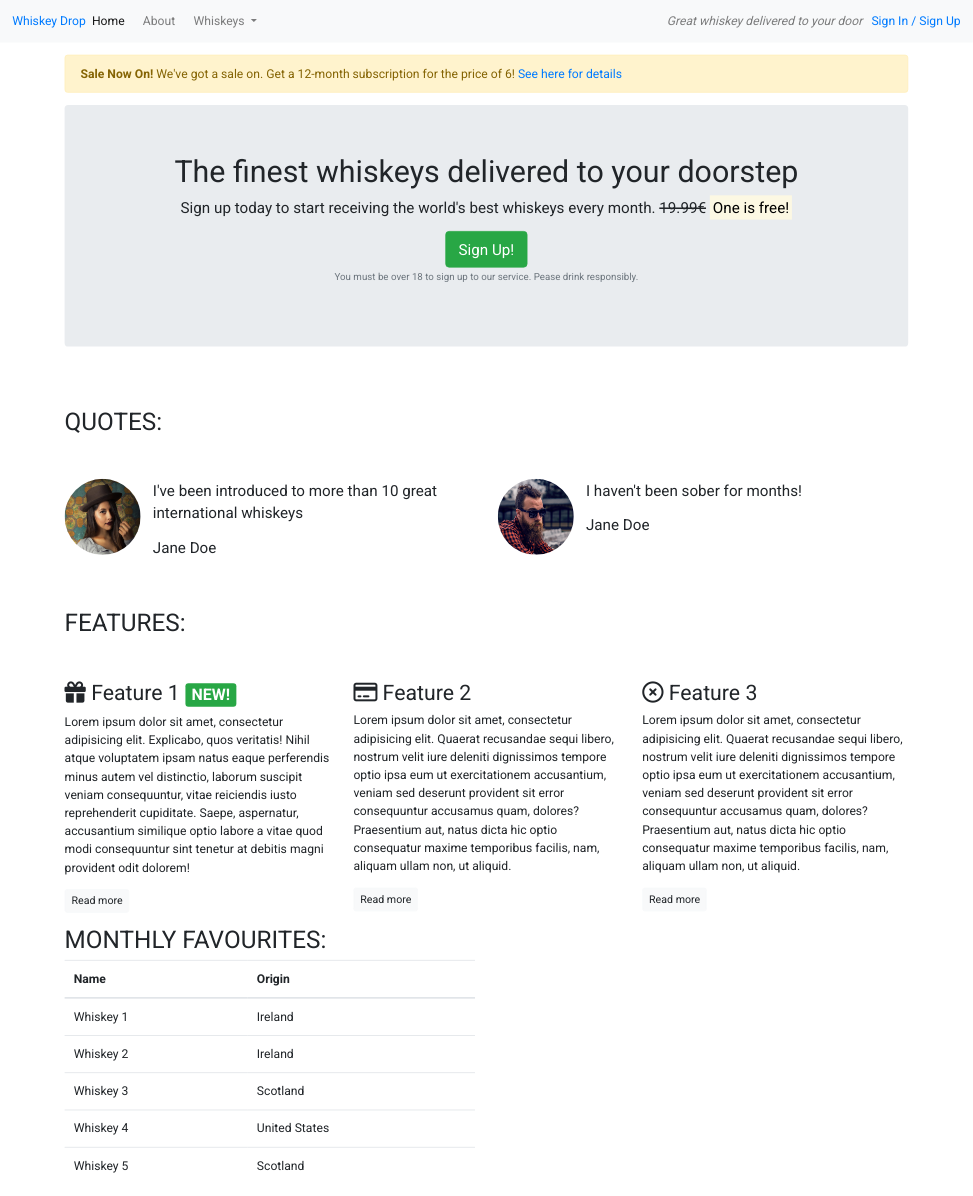
Repository: Sarani1612/whiskey-drop
Page: index.html
The author's editor kept a record of every edit. The page is drawn from the files as they stood at one moment, then again after the next edit.
The browser window is 1280 px wide. The pictures show the whole page, at 76% of full size.
Some web libraries are served in a nearby version.

Above is the page before.
Console error: TypeError: Cannot read properties of undefined (reading 'fn')

### index.html
<!DOCTYPE html>
<html lang="en">

<head>
    <meta charset="UTF-8">
    <meta name="viewport" content="width=device-width, initial-scale=1.0">
    <meta http-equiv="X-UA-Compatible" content="ie=edge">
    <link rel="stylesheet" href="https://stackpath.bootstrapcdn.com/bootstrap/4.3.1/css/bootstrap.min.css" integrity="sha384-ggOyR0iXCbMQv3Xipma34MD+dH/1fQ784/j6cY/iJTQUOhcWr7x9JvoRxT2MZw1T" crossorigin="anonymous">
    <script src="https://stackpath.bootstrapcdn.com/bootstrap/4.3.1/js/bootstrap.min.js" integrity="sha384-JjSmVgyd0p3pXB1rRibZUAYoIIy6OrQ6VrjIEaFf/nJGzIxFDsf4x0xIM+B07jRM" crossorigin="anonymous"></script>
    <script src="https://kit.fontawesome.com/f41741c87d.js"></script>
    <link href="https://fonts.googleapis.com/css?family=Roboto:400,700&display=swap" rel="stylesheet">
    <link rel="stylesheet" href="css/main.css" type="text/css" />
    <title>Whiskey Drop | Taste a new whiskey every month</title>
</head>

<body>
    <nav class="navbar navbar-light bg-light navbar-expand-sm">
        <a href="/" class="navar-brand">Whiskey Drop</a>
        <button class="navbar-toggler ml-auto" type="button" data-toggle="collapse" data-target="#navbarNavDropdown" aria-controls="navbarNavDropdown" aria-expanded="false" aria-label="Toggle navigation">
        <span class="navbar-toggler-icon"></span></button>
        <div class="collapse navbar-collapse" id="navbarNavDropdown">
            <ul class="navbar-nav mr-auto">
                <li class="active nav-item mr-2"><a class="nav-link" href="/">Home</a></li>
                <li class="nav-item mr-2"><a class="nav-link" href="">About</a></li>
                <li class="nav-item dropdown">
                    <a class="nav-link dropdown-toggle" href="#" id="navbarDropdownMenuLink" role="button" data-toggle="dropdown" aria-haspopup="true" aria-expanded="false">
          Whiskeys
        </a>
                    <div class="dropdown-menu" aria-labelledby="navbarDropdownMenuLink">
                        <a class="dropdown-item" href="#">Irish</a>
                        <a class="dropdown-item" href="#">Scotch</a>
                        <a class="dropdown-item" href="#">Japanese</a>
                        <a class="dropdown-item" href="#">American</a>
                    </div>

                </li>
                <li class="nav-item mr-2 d-block d-sm-none"><a class="nav-link" href="">Sign In / Sign Up</a></li>
            </ul>
        </div>
        <div class="d-none d-md-block">
            <p class="navbar-text my-auto mr-2"><i>Great whiskey delivered to your door</i></p>
            <a href="/login">Sign In / Sign Up</a>
        </div>
    </nav>
    <div class="container mt-3">
        <div class="row d-none d-sm-block">
            <div class="col-12">
                <div class="alert alert-warning">
                    <strong>Sale Now On!</strong> We've got a sale on. Get a 12-month subscription for the price of 6!
                    <a href="/">See here for details</a>
                </div>
            </div>
        </div>
        <!-- Callout -->
        <div class="row">
            <div class="col-12">
                <section class="callout jumbotron text-center">
                    <h1>The finest whiskeys delivered to your doorstep</h1>
                    <p class="lead">Sign up today to start receiving the world's best whiskeys every month.
                        <s class="d-none d-sm-inline">19.99€</s>
                        <span class="d-inline d-sm-none"><br></span>
                        <strong><mark>One is free!</mark></strong></p>
                    <button class="btn btn-success btn-lg" data-toggle="modal" data-target="#signUpModal">Sign Up!</button>
                    <p class="text-muted"><small>You must be over 18 to sign up to our service. Pease drink responsibly.</small></p>
                </section>
            </div>
        </div>
        <!-- /.Callout -->
    </div>

    <!-- Quotes -->
    <div class="container quotes-container">
        <section class="quotes">
            <div class="row">
                <div class="col-12 my-5">
                    <h2 class="text-uppercase">Quotes:</h2>
                </div>
            </div>
            <div class="row">
                <div class="col-12 col-md-6">
                    <div class="media">
                        <div class="d-none d-sm-block">
                            <img src="Images/girl-image.png" class="rounded-circle mr-3" height=100 width=100>
                        </div>
                        <div class="media-body">
                            <blockquote class="blockquote">
                                <p>I've been introduced to more than 10 great international whiskeys</p>
                                <p>Jane Doe</p>
                            </blockquote>
                        </div>
                    </div>
                </div>
                <div class="col-12 col-md-6">
                    <div class="media">
                        <div class="d-none d-sm-block">
                            <img src="Images/guy-image.png" class="rounded-circle mr-3" height=100 width=100>
                        </div>
                        <div class="media-body">
                            <blockquote class="blockquote">
                                <p>I haven't been sober for months!</p>
                                <p>Jane Doe</p>
                            </blockquote>
                        </div>
                    </div>
                </div>
            </div>
        </section>
        <!-- /.quotes -->
    </div>

    <!-- Features -->
    <div class="container features-container">
        <section class="features">
            <div class="row">
                <div class="col-12 my-5">
                    <h2 class="text-uppercase">Features:</h2>
                </div>
            </div>
            <div class="row">
                <div class="col-12 col-md-6 col-lg-4">
                    <div class="feature">
                        <h3><i class="fas fa-gift d-none d-sm-inline"></i> Feature 1 <span class="badge badge-success">NEW!</span></h3>
                        <p>Lorem ipsum dolor sit amet, consectetur adipisicing elit. Explicabo, quos veritatis! Nihil atque voluptatem ipsam natus eaque perferendis minus autem vel distinctio, laborum suscipit veniam consequuntur, vitae reiciendis iusto
                            reprehenderit cupiditate. Saepe, aspernatur, accusantium similique optio labore a vitae quod modi consequuntur sint tenetur at debitis magni provident odit dolorem!</p>
                        <p><a class="btn btn-sm btn-light" href="">Read more</a></p>
                    </div>
                </div>
                <div class="col-12 col-md-6 col-lg-4">
                    <div class="feature">
                        <h3><i class="far fa-credit-card d-none d-sm-inline"></i> Feature 2</h3>
                        <p>Lorem ipsum dolor sit amet, consectetur adipisicing elit. Quaerat recusandae sequi libero, nostrum velit iure deleniti dignissimos tempore optio ipsa eum ut exercitationem accusantium, veniam sed deserunt provident sit error consequuntur
                            accusamus quam, dolores? Praesentium aut, natus dicta hic optio consequatur maxime temporibus facilis, nam, aliquam ullam non, ut aliquid.</p>
                        <p><a class="btn btn-sm btn-light" href="">Read more</a></p>
                    </div>
                </div>
                <div class="col-12 d-md-none d-lg-block col-lg-4">
                    <div class="feature">
                        <h3><i class="far fa-times-circle d-none d-sm-inline"></i> Feature 3</h3>
                        <p>Lorem ipsum dolor sit amet, consectetur adipisicing elit. Quaerat recusandae sequi libero, nostrum velit iure deleniti dignissimos tempore optio ipsa eum ut exercitationem accusantium, veniam sed deserunt provident sit error consequuntur
                            accusamus quam, dolores? Praesentium aut, natus dicta hic optio consequatur maxime temporibus facilis, nam, aliquam ullam non, ut aliquid.</p>
                        <p><a class="btn btn-sm btn-light" href="">Read more</a></p>
                    </div>
                </div>
            </div>
        </section>
        <!-- /.Features -->
    </div>

    <!-- Monthly Favourites -->
    <div class="container monthly-container">
        <section>
            <div class="row">
                <div class="col-12">
                    <h2 class="text-uppercase">Monthly Favourites:</h2>
                </div>
            </div>
            <div class="row">
                <div class="col-6">
                    <table class="table">
                        <thead>
                            <tr>
                                <th scope="col">Name</th>
                                <th scope="col">Origin</th>
                            </tr>
                        </thead>
                        <tbody>
                            <tr>
                                <td>Whiskey 1</td>
                                <td>Ireland</td>
                            </tr>
                            <tr>
                                <td>Whiskey 2</td>
                                <td>Ireland</td>
                            </tr>
                            <tr>
                                <td>Whiskey 3</td>
                                <td>Scotland</td>
                            </tr>
                            <tr>
                                <td>Whiskey 4</td>
                                <td>United States</td>
                            </tr>
                            <tr>
                                <td>Whiskey 5</td>
                                <td>Scotland</td>
                            </tr>
                        </tbody>
                    </table>
                </div>
            </div>
        </section>
        <!-- /.Monthly favourites -->
    </div>
    </article>

    <div class="modal" tabindex="-1" role="dialog" id="signUpModal">
        <div class="modal-dialog" role="document">
            <div class="modal-content">
                <div class="modal-header">
                    <h5 class="modal-title">Sign up to Whiskey Drop!</h5>
                    <button type="button" class="close" data-dismiss="modal" aria-label="Close">
          <span aria-hidden="true">&times;</span>
        </button>
                </div>
                <div class="modal-body">
                    <form>
                        <div class="form-group">
                            <label for="exampleInputEmail1">Email address</label>
                            <input type="email" class="form-control" id="exampleInputEmail1" aria-describedby="emailHelp" placeholder="Enter email">
                            <small id="emailHelp" class="form-text text-muted">We'll never share your email with anyone else.</small>
                        </div>
                        <div class="form-group">
                            <label for="password">Password</label>
                            <input type="password" class="form-control" id="password" placeholder="Password">
                        </div>
                        <div class="form-group">
                            <label for="repeatPassword">Repeat password</label>
                            <input type="password" class="form-control" id="repeatPassword" placeholder="Repeat password">
                        </div>
                        <button type="submit" class="btn btn-success">Submit</button>
                    </form>
                </div>
            </div>
        </div>
    </div>

    <script src="https://code.jquery.com/jquery-3.3.1.slim.min.js" integrity="sha384-q8i/X+965DzO0rT7abK41JStQIAqVgRVzpbzo5smXKp4YfRvH+8abtTE1Pi6jizo" crossorigin="anonymous"></script>
    <script src="https://cdnjs.cloudflare.com/ajax/libs/popper.js/1.14.7/umd/popper.min.js" integrity="sha384-UO2eT0CpHqdSJQ6hJty5KVphtPhzWj9WO1clHTMGa3JDZwrnQq4sF86dIHNDz0W1" crossorigin="anonymous"></script>
    <script src="https://stackpath.bootstrapcdn.com/bootstrap/4.3.1/js/bootstrap.min.js" integrity="sha384-JjSmVgyd0p3pXB1rRibZUAYoIIy6OrQ6VrjIEaFf/nJGzIxFDsf4x0xIM+B07jRM" crossorigin="anonymous"></script>
</body>

</html>

### css/main.css
body {
    font-family: 'Roboto', sans-serif;
}

.alert-container {

}

.callout-container {
    height: 100vh;
}

.quotes-container {

}

.features-container {

}

After the next edit:
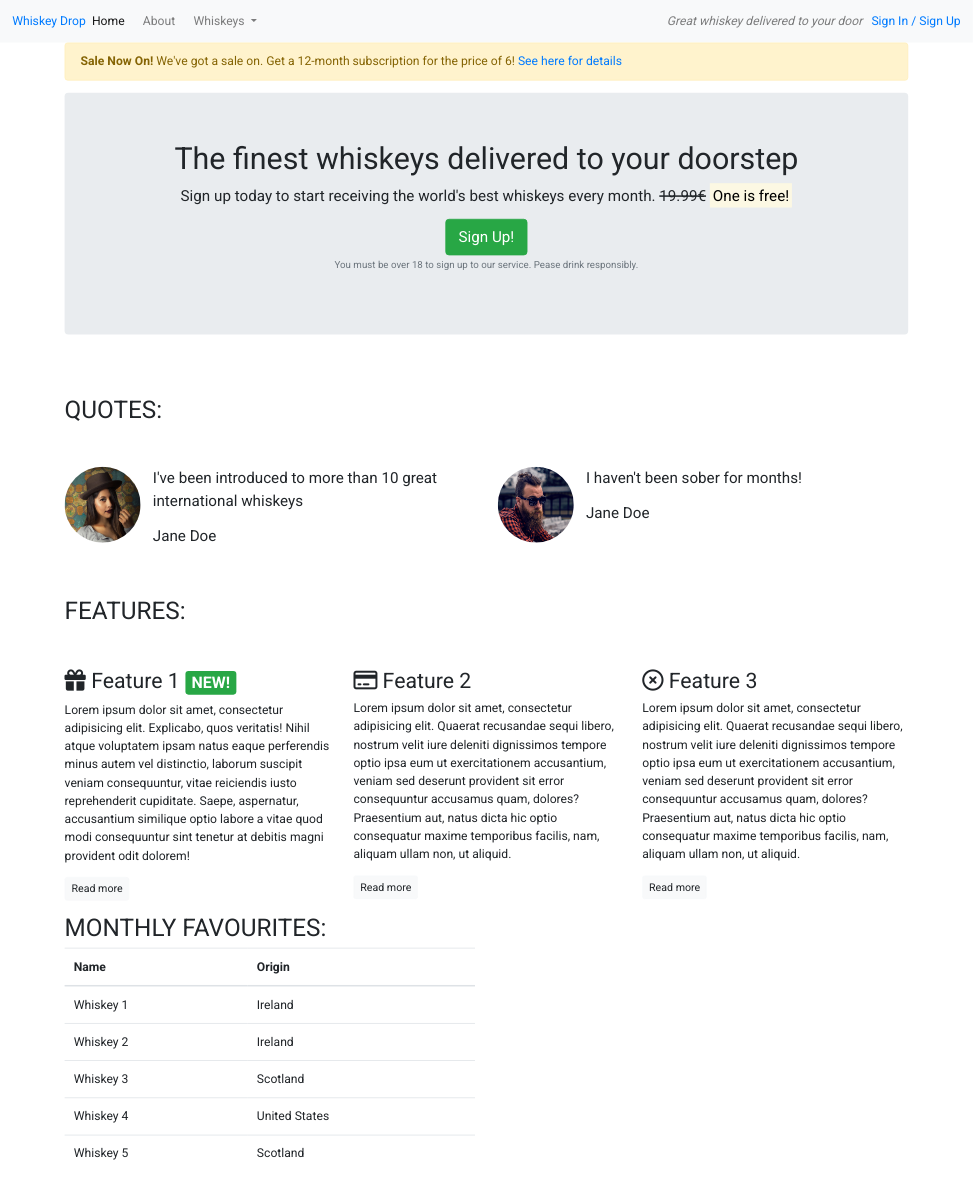
The edit:
--- a/index.html
+++ b/index.html
@@ -42,7 +42,7 @@
             <a href="/login">Sign In / Sign Up</a>
         </div>
     </nav>
-    <div class="container mt-3">
+    <div class="container alert-container">
         <div class="row d-none d-sm-block">
             <div class="col-12">
                 <div class="alert alert-warning">
